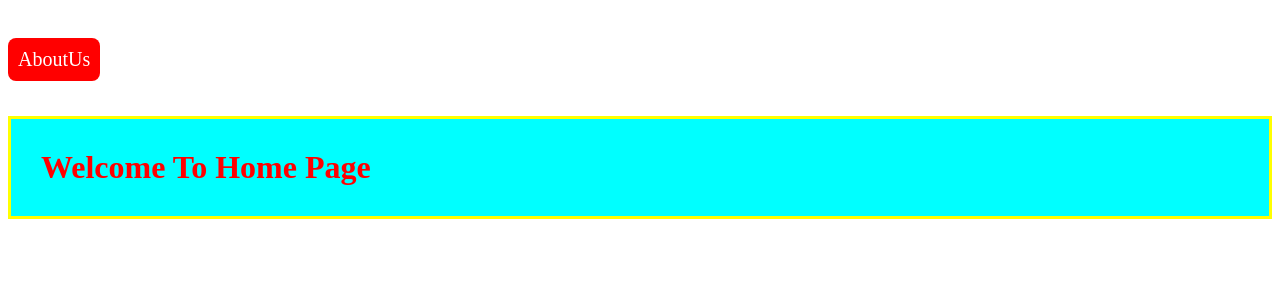
Repository: Raviteja6671/Django
Page: http://localhost/home/
These files come from the project's save history. The page is drawn as it stood at one moment and after a run of saves; the edit follows.
The browser window is 1280 px wide. The pictures show the whole page.
The page is served by the project's application, run on Django 5.2 (myProject/manage.py). Other server files are loaded and not shown.

Above is the page before, as saved 2025-12-07 20:08:05.

### myProject/basic/templates/home.html
<!DOCTYPE html>
<html lang="en">
<head>
    <meta charset="UTF-8">
    <meta name="viewport" content="width=device-width, initial-scale=1.0">
    <title>Document</title>
    <style>
        h1{
            background-color: aqua;
            color: red;
            border: 3px solid yellow;
            /* display: inline-block; */
            margin-top: 35px;
            padding: 30px;
        }
        a{
            text-decoration: none;
            background-color: red;
            color: white;
            padding: 10px;
            font-size: 20px;
            display: inline-block;
            margin-top: 30px;
            border-radius: 8px;

        }
    </style>

    <!-- createsuperuser:-
    username = Raviteja_Kodem
    Email = raviteja62@gmail.com
    password = R@vitej@62 -->

</head>
<body>
    <a href="./aboutus.html">AboutUs</a>
    <h1>Welcome To Home Page</h1>
</body>
</html>

### myProject/basic/middleware.py
from django.http import JsonResponse
import re
import json
import jwt
from django.conf import settings

class BasicMiddleware:
    def __init__(self,get_response):
        self.get_response = get_response

    def __call__(self,request):
        print(request,"hello")
        if(request.path=="/student/"):
            print(request.method,"method")
            print(request.path)
        response=self.get_response(request)
        return response

# class signupMiddleware:
#     def __init__(self,get_response):
#         self.get_response = get_response
#     def __call__(self, request):
#         data = json.loads(request.body)
#         username=data.get('username')
#         email=data.get("email")
#         dob=data.get("dob")
#         password=data.get("pswd")


class basicMiddleware:
    def __init__(self, get_response):
        self.get_response = get_response
        # Define the list of specific URLs to monitor
        self.target_urls = [
            "/add_stu/",
            "/students/",
            "/student/",
            "/health/",
        ]

    def __call__(self, request):
        path = request.path
        print(f"Incoming request → {path}")

        if path in self.target_urls or path.startswith("/student/"):
            print("Middleware is Active for this URL")
            print(f"Method Used → {request.method}")
            print(f"Full Path → {path}")

            # Exp1 Block POST requests for testing
            if path == "/add_stu/" and request.method == "POST":
                print("⚠️ POST request detected on /add_stu/")

            # Exp2 Print user-agent header
            user_agent = request.META.get("HTTP_USER_AGENT", "Unknown")
            print(f"User-Agent: {user_agent}")

        response = self.get_response(request)

        #Exp3 Post-response actions
        if path.startswith("/students/"):
            print("Response successfully returned for student_related URL")

        return response


# 17/11/2025 class task

class SscMiddleware:
    def __init__(self, get_response):
        self.get_response = get_response
    def __call__(self, request):
        if request.path in ["/job1/", "/job2/"]:
            ssc_result = request.GET.get("ssc", "False")
            if ssc_result != "True":
                return JsonResponse({"error": "you should qualify atleast SSC for applying this job"},status=400)
        return self.get_response(request)


class MedicalMiddleware:
    def __init__(self, get_response):
        self.get_response = get_response
    def __call__(self, request):
        if request.path == "/job1/":
            medical_fit_result = request.GET.get("medically_fit", "False")
            if medical_fit_result != "True":
                return JsonResponse(
                    {"error": "your not Medically fit to apply for this job role"},
                    status=400)
        return self.get_response(request)


class AgeMiddleware:
    def __init__(self, get_response):
        self.get_response = get_response
    def __call__(self, request):
        if request.path in ["/job1/", "/job2/"]:
            age = int(request.GET.get("age", 17))
            if age < 18 or age > 25:
                return JsonResponse(
                    {"error": "age must be in between 18 too 25"},
                    status=400)
        return self.get_response(request)





#18/11/2025 class task


class UsernameMiddleware:
    def __init__(self, get_response):
        self.get_response = get_response

    def __call__(self, request):
        if request.path == "/signup/" and request.method == "POST":
            # Read JSON only once
            if not hasattr(request, "json_data"):
                try:
                    request.json_data = json.loads(request.body)
                except:
                    return JsonResponse({"error": "Invalid JSON"}, status=400)
            data = request.json_data
            username = data.get("username", "")
            if not username:
                return JsonResponse({"error": "Username is Required"}, status=400)
            if len(username) < 3 or len(username) > 20:
                return JsonResponse({"error": "Username must be 3 to 20 characters"}, status=400)
            if username[0] in "._" or username[-1] in "._":
                return JsonResponse({"error": "Username cannot start or end with . or _"}, status=400)
            if not re.match(r"^[a-zA-Z0-9._]+$", username):
                return JsonResponse({"error": "Username can contain letters, numbers, . and _ only"}, status=400)
            if ".." in username or "__" in username:
                return JsonResponse({"error": "Username cannot have double dots or double underscores"}, status=400)
        return self.get_response(request)


class EmailMiddleware:
    def __init__(self, get_response):
        self.get_response = get_response

    def __call__(self, request):
        if request.path == "/signup/" and request.method == "POST":
            if not hasattr(request, "json_data"):
                try:
                    request.json_data = json.loads(request.body)
                except:
                    return JsonResponse({"error": "Invalid JSON"}, status=400)
            data = request.json_data
            email = data.get("email", "")
            email_regex = r"^[a-zA-Z0-9._%+-]+@[a-zA-Z0-9.-]+\.[a-zA-Z]{2,}$"
            if not email:
                return JsonResponse({"error": "Email is required"}, status=400)
            if not re.match(email_regex, email):
                return JsonResponse({"error": "Invalid Email format"}, status=400)
        return self.get_response(request)


class PasswordMiddleware:
    def __init__(self, get_response):
        self.get_response = get_response

    def __call__(self, request):
        if request.path == "/signup/" and request.method == "POST":
            if not hasattr(request, "json_data"):
                try:
                    request.json_data = json.loads(request.body)
                except:
                    return JsonResponse({"error": "Invalid JSON"}, status=400)
            data = request.json_data
            password = data.get("password", "")
            password_regex = r"^(?=.*[a-z])(?=.*[A-Z])(?=.*\d)(?=.*[@$!%*#?&._])[A-Za-z\d@$!%*#?&._]{8,}$"
            if not password:
                return JsonResponse({"error": "Password is required"}, status=400)
            if not re.match(password_regex, password):
                return JsonResponse({
                    "error": "Password must contain 8+ characters, uppercase, lowercase, digit, special char"
                }, status=400)
        return self.get_response(request)


class authenticate_middleware():
    def __init__(self,get_response):
        self.get_response  = get_response
    def __call__(self, request):
        if request.path=="/getallusers/":
            token=request.headers.get("Authorization")
            print(token,"token") # prints the bearer <token>
            if not token:
                return JsonResponse({"error":"Authorization token Missing"},status=400)
            token_value=token.split(" ")[1]
            print(token_value,"token_value") # prints ['bearer','<token>']
            try:
                decode_data = jwt.decode(token_value, settings.SECRET_KEY, algorithms=["HS256"])
                print(decode_data,"decoded_data")
                request.token_data = decode_data
            except jwt.ExpiredSignatureError:
                return JsonResponse({"Error":"Token has expired, Please login again"},status=401)
            except jwt.exceptions.InvalidSignatureError:
                return JsonResponse({"error":"invalid token signature"},status=401)

        return self.get_response(request)

### myProject/basic/views.py
from django.shortcuts import render
import json
from django.http import HttpResponse
from django.http import JsonResponse
from django.db import connection
from django.views.decorators.csrf import csrf_exempt
from basic.models import student
from basic.models import Users
from django.conf import settings
import jwt
from datetime import datetime,timedelta
from zoneinfo import ZoneInfo
from django.contrib.auth.hashers import make_password,check_password

# Create your views here.

def sample(request):
    return HttpResponse('hello world')

def sample1(request):
    return HttpResponse('WelCome to Django')

def sampleInfo(request):
    data={"name":"raviteja","age":"22","city":"hyd"}
    # data=[4,6,8]
    return JsonResponse(data)

def dynamicResponse(request):
    name=request.GET.get("name"," Raviteja")
    city=request.GET.get("city","Hyderabad")
    return HttpResponse(f"Hello {name} From {city} !")

def add(request):
    a = int(request.GET.get('a', 8))
    b = int(request.GET.get('b', 9))
    return HttpResponse(f"Addition: {a + b}")

def sub(request):
    a = int(request.GET.get('a', 12))
    b = int(request.GET.get('b', 5))
    return HttpResponse(f"Subtraction: {a - b}")

def mul(request):
    a = int(request.GET.get('a', 18))
    b = int(request.GET.get('b', 4))
    return HttpResponse(f"Multiplication: {a * b}")

def div(request):
    a = int(request.GET.get('a', 8))
    b = int(request.GET.get('b', 6))  # Avoid division by zero default
    try:
        result = a / b
    except ZeroDivisionError:
        return HttpResponse("Error: Division by zero")
    return HttpResponse(f"Division: {result}")

# Health check endpoint
def health(request):
    try:
        with connection.cursor() as c:
            c.execute("SELECT 1")
        return JsonResponse({"status": "ok", "db": "connected"})
    except Exception as e:
        return JsonResponse({"status": "error", "db": str(e)})



# POST - Create new student
@csrf_exempt
def add_student(request):
    print(request.method)
    if request.method == "POST":
        data = json.loads(request.body)
        email = data.get("email")
        # Check if email already exists
        if student.objects.filter(email=email).exists():
            return JsonResponse({"error": "Email already exists"}, status=400)
        # Create new student
        stu = student.objects.create(
            name=data.get("name"),
            age=data.get("age"),
            email=email
        )
        return JsonResponse({"status": "success", "id": stu.id}, status=201)

# GET - Retrieve all students
    elif request.method == "GET":
        result = list(student.objects.values())
        return JsonResponse({"status": "success", "data": result}, status=200)

# DELETE - Delete student by ID
    elif request.method == "DELETE":
        data = json.loads(request.body)
        ref_id = data.get("id")
        try:
            deleting_data = student.objects.filter(id=ref_id).values().first()
            if not deleting_data:
                return JsonResponse({"error": "Student not found"}, status=404)
            student.objects.get(id=ref_id).delete()
            return JsonResponse({
                "status": "deleted",
                "deleted_data": deleting_data
            }, status=200)
        except student.DoesNotExist:
            return JsonResponse({"error": "Student not found"}, status=404)

# PUT - Full update (update all fields)
    elif request.method == "PUT":
        data = json.loads(request.body)
        ref_id = data.get("id")
        try:
            stu = student.objects.get(id=ref_id)
        except student.DoesNotExist:
            return JsonResponse({'error': "Student not found"}, status=404)
        # Check if new email already exists
        new_email = data.get("email")
        if student.objects.filter(email=new_email).exclude(id=ref_id).exists():
            return JsonResponse({"error": "Email already exists"}, status=400)
        stu.name = data.get("name", stu.name)
        stu.age = data.get("age", stu.age)
        stu.email = data.get("email", stu.email)
        stu.save()
        updated_data = student.objects.filter(id=ref_id).values().first()
        return JsonResponse({"status": "full update success", "updated_data": updated_data}, status=200)

# PATCH - Partial update (only update specific fields)
    elif request.method == "PATCH":
        data = json.loads(request.body)
        ref_id = data.get("id")
        try:
            stu = student.objects.get(id=ref_id)
        except student.DoesNotExist:
            return JsonResponse({'error': "Student not found"}, status=404)
        # Update only fields provided in the request
        if "name" in data:
            stu.name = data["name"]
        if "age" in data:
            stu.age = data["age"]
        if "email" in data:
            new_email = data["email"]
            # Check if email already exists
            if student.objects.filter(email=new_email).exclude(id=ref_id).exists():
                return JsonResponse({"error": "Email already exists"}, status=400)
            stu.email = new_email
        stu.save()
        updated_data = student.objects.filter(id=ref_id).values().first()
        return JsonResponse({"status": "partial update success", "updated_data": updated_data}, status=200)

    return JsonResponse({'error': "Unsupported method"}, status=405)



# 11/11/2025 task operations

def get_all_students(request):
    students = student.objects.all()
    data = list(students.values())
    return JsonResponse(data, safe=False)

def get_student_by_id(request, id):
    try:
        s = student.objects.get(id=id)
        data = {'id': s.id, 'name': s.name, 'age': s.age, 'email': s.email}
        return JsonResponse(data)
    except student.DoesNotExist:
        return JsonResponse({'error': 'Student not found'}, status=404)

def filter_students_age_gte_20(request):
    students = student.objects.filter(age__gte=20)
    data = list(students.values())
    return JsonResponse(data, safe=False)

def filter_students_age_lte_25(request):
    students = student.objects.filter(age__lte=25)
    data = list(students.values())
    return JsonResponse(data, safe=False)

def get_unique_ages(request):
    ages = student.objects.values_list('age', flat=True).distinct()
    return JsonResponse(list(ages), safe=False)

def count_total_students(request):
    total = student.objects.count()
    return JsonResponse({'total_students': total})


def job1(request):
    return JsonResponse({"message":"You have successfully applied for job1"},status=200)

def job2(request):
    return JsonResponse({"Message":"you have successfully applied for job2"},status=200)



# 18/11/2025 class

@csrf_exempt               #POST OPERATION
def signUp(request):
    if request.method == "POST":
        data = request.json_data   # <-- use this

        username = data.get("username")
        email = data.get("email")
        password =make_password(data.get("password"))

        if not username or not email or not password:
            return JsonResponse({"Message": "All fields are required"}, status=400)

        user = Users.objects.create(
            username=username,
            email=email,
            password=password
        )

        return JsonResponse({"Message": "User Registered", "id": user.id}, status=200)

    return JsonResponse({"Message": "Invalid Request Method"}, status=405)


@csrf_exempt                              # GET OPERATION
def getUsers(request):
    if request.method == "GET":
        users = Users.objects.all()

        data = []
        for user in users:
            data.append({
                "id": user.id,
                "username": user.username,
                "email": user.email,
                "password": user.password   # If you want to hide password, tell me
            })

        return JsonResponse({"users": data}, status=200)

    return JsonResponse({"Message": "Invalid Request Method"}, status=405)



@csrf_exempt                            # DELETE OPERATION
def deleteUser(request, id):
    if request.method == "DELETE":
        try:
            user = Users.objects.get(id=id)
            user.delete()
            return JsonResponse({"Message": "User Deleted Successfully", "id": id}, status=200)
        except Users.DoesNotExist:
            return JsonResponse({"Message": "User Not Found"}, status=404)

    return JsonResponse({"Message": "Invalid Request Method"}, status=405)


# @csrf_exempt
# def login(request):
#     if request.method=="POST":
#         data=request.POST
#         print(data)
#         username=data.get('username')
#         password=data.get("password")
#         try:
#             user=Users.objects.get(username=username)
#             if check_password(password,user.password):
#                 token="a json web token"

#                 return JsonResponse({"status":"successfully Loggedin","token":token},status=200)
#             else:
#                 return JsonResponse({"status":"failure","message":"invalid password"},status=400)
#         except Users.DoesNotExist:
#             return JsonResponse({"status":"failure","message":"user not found"},status=400)

@csrf_exempt
def login(request):
    if request.method == "POST":
        data = request.POST
        username = data.get("username")
        password = data.get("password")

        try:
            user = Users.objects.get(username=username)
            issued_time=datetime.now(ZoneInfo("Asia/Kolkata"))
            expired_time=issued_time+timedelta(minutes=50)
            if password == user.password:
                # token="a json web token"
                payload = {
                    "username": user.username,
                    "email": user.email,
                    "id": user.id,
                    "exp":expired_time
                }
                #creating jwt token
                token = jwt.encode(payload, settings.SECRET_KEY, algorithm="HS256")
                return JsonResponse({"status": "successfully Loggedin", "token": token,"issued_at":issued_time,"Token_expired_at":expired_time,"Token_expires_in-Minitues_is":int((expired_time-issued_time).total_seconds()/60)}, status=200)
            else:
                return JsonResponse({"status": "failure", "message": "invalid password"}, status=400)
        except Users.DoesNotExist:
            return JsonResponse({"status": "failure", "message": "user not found"}, status=400)



@csrf_exempt
def check(request):
    hashed="pbkdf2_sha256$1000000$oWRnje0wvfd1GDEWVxl1cH$ISOcbGnboV91VHZ9hLKmh+kOIwxLHACntmEfaRKMd+4="
    ipdata=request.POST
    print(ipdata)
    #hashed=make_password(ipdata.get('ip'))
    x=check_password(ipdata.get("ip"),hashed)
    print(x)
    return JsonResponse({"status":"success","data":x},status=200)


@csrf_exempt
def getAllUsers(request):
    if request.method == "GET":
        users = list(Users.objects.values())
        print(request.token_data, "token_data in view")
        print(request.token_data.get("username"), "username from token")
        print(users, "users list")
        token_username = request.token_data.get("username")
        usernames = [u["username"] for u in users]
        if token_username not in usernames:
            return JsonResponse({"error": "unauthorized access"}, status=401)
        return JsonResponse({"status": "success", "data": users}, status=200)

    return JsonResponse({"status": "failed", "message": "Only GET method allowed"}, status=400)


def home(request):
    return render(request,'home.html')

def aboutus(request):
    return render(request,'aboutus.html')

### myProject/myProject/urls.py
"""
URL configuration for myProject project.

The `urlpatterns` list routes URLs to views. For more information please see:
    https://docs.djangoproject.com/en/5.1/topics/http/urls/
Examples:
Function views
    1. Add an import:  from my_app import views
    2. Add a URL to urlpatterns:  path('', views.home, name='home')
Class-based views
    1. Add an import:  from other_app.views import Home
    2. Add a URL to urlpatterns:  path('', Home.as_view(), name='home')
Including another URLconf
    1. Import the include() function: from django.urls import include, path
    2. Add a URL to urlpatterns:  path('blog/', include('blog.urls'))
"""
from django.contrib import admin
from django.urls import path
from basic.views import sample
from basic.views import sample1
from basic.views import sampleInfo
from basic.views import dynamicResponse
from basic.views import add, sub, mul, div, health, add_student, check, login, getAllUsers, home, aboutus
from basic.views import get_all_students, get_student_by_id, filter_students_age_gte_20,  filter_students_age_lte_25, get_unique_ages, count_total_students
from basic.views import job1,job2,signUp
from basic import views

urlpatterns = [
    path('admin/', admin.site.urls),
    path('greet/',sample),
    path('53r54r/',sample1),
    path('info/',sampleInfo),
    path('name/',dynamicResponse),
    path('add/', add),
    path('sub/', sub),
    path('mul/', mul),
    path('div/', div),
    path('health/',health),
    path('add_stu/',add_student),
    path('job1/',job1),
    path('job2/',job2),
    path('check/',check),
    path('login/',login),
    path('getallusers/',getAllUsers),
    path("signup/", views.signUp),
    path("get-users/", views.getUsers),
    path("delete-user/<int:id>/", views.deleteUser),
    path('home/',home),
    path('aboutus/',aboutus),


    path('students/', get_all_students, name='get_all_students'),
    path('student/<int:id>/', get_student_by_id, name='get_student_by_id'),
    path('students/age_gte_20/', filter_students_age_gte_20, name='filter_students_age_gte_20'),
    path('students/age_lte_25/', filter_students_age_lte_25, name='filter_students_age_lte_25'),
    path('students/unique_ages/', get_unique_ages, name='get_unique_ages'),
    path('students/count/', count_total_students, name='count_total_students'),
]

After the next 8 saves:
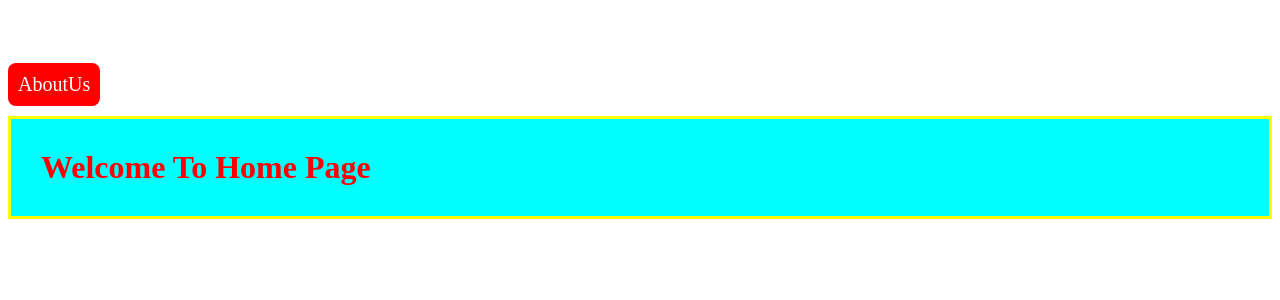
The 8 saves are shown as one change because they came seconds apart.
The last was saved 22 s later.
--- a/myProject/basic/templates/home.html
+++ b/myProject/basic/templates/home.html
@@ -22,7 +22,8 @@
             display: inline-block;
             margin-top: 30px;
             border-radius: 8px;
-
+            position: relative;
+            top: 25px;
         }
     </style>
 
